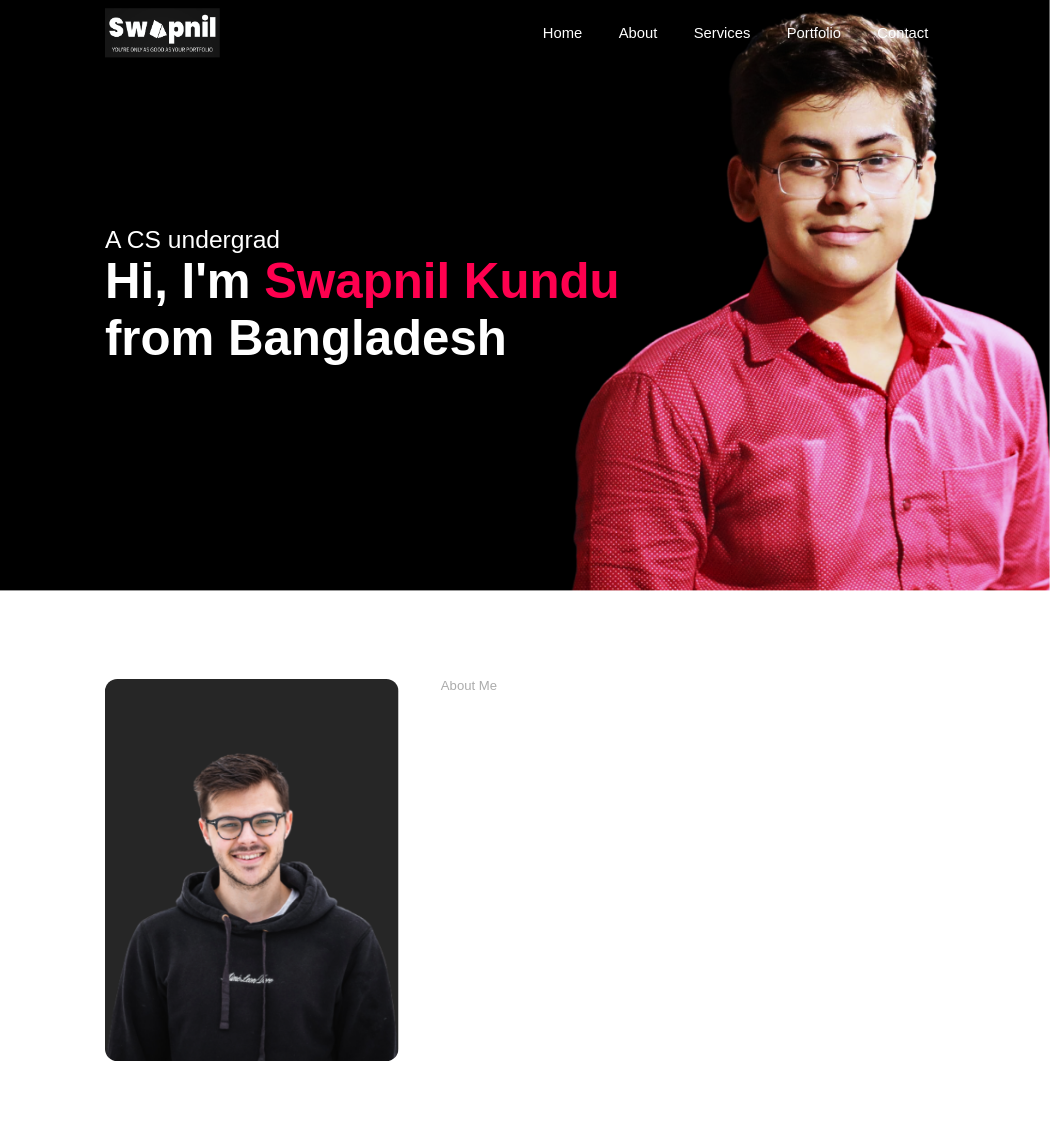
Repository: SwapnilKundu/portfolio
Page: index.html
These files come from the project's save history. The page is drawn as it stood at one moment and after the next save; the edit follows.
The browser window is 1280 px wide. The pictures show the whole page, at 82% of full size.

Above is the page before, as saved 2024-01-19 10:26:39.

### index.html
<!DOCTYPE html>
<html lang="en">
<head>
    <meta charset="UTF-8">
    <meta name="viewport" content="width=device-width, initial-scale=1.0">
    <title>Personal Portfolio Website</title>
    <link rel="stylesheet" href="style.css">
</head>
<body>
  <div id="header">
    <div class="container">
        <nav>
            <img src="images/logo1.png" class= "logo" width="40" height="60">
            <ul>
                <li><a href ="#">Home</a></li>
                <li><a href ="#">About</a></li>
                <li><a href ="#">Services</a></li>
                <li><a href ="#">Portfolio</a></li>
                <li><a href ="#">Contact</a></li>
            </ul>
        </nav>
        <div class="header-text">

            <p>A CS undergrad </p>
            <h1>Hi, I'm <span>Swapnil Kundu</span> <br> from Bangladesh</h1>
        </div>
    </div>
  </div>
  -----about-------
  <div id ="about">
    <div class ="container">

        <div class ="row">
            <div class ="about-col-1">
                <img src="images/user.png">
            </div>
            <div class ="about-col-2">

                <h1 class ="sub-title"></h1>
                    About Me
                </h1>
            </div>

        </div>
    </div>
  </div>
</body>
</html>

### style.css
*
{
    margin: 0;
    padding: 0;
    font-family: 'Poppins',sans-serif;
    box-sizing: border-box;
}

body
{
    background: #ffff;
    color: #fff;
}
#header
{
    width: 100%;
    height: 100vh;
    background-image: url(images/ccc2.png);
    background-size: cover;
    background-position: left;
    background-repeat: no-repeat;
    overflow: hidden;
}
.container
{
padding: 10px 10%;
}
nav{
    display: flex;
    align-items: center;
    justify-content: space-between;
    flex-wrap: wrap;
}
.logo{
    width: 140px;
}

nav ul li{
    display:inline-block;
    list-style: none;
    margin: 10px 20px;

}
nav ul li a{
    color: #fff;
    text-decoration:none ;
    font-size: 18px;
    position: relative;
}

nav ul li a::after
{
    content: '';
    width:0;
    height:3px;
    background:#ff004f;
    position: absolute;
    left: 0;
    bottom: -6px;
    transition: 0.5s;

}
nav ul li a:hover::after
{
    width:100%;
}
.header-text{
    margin-top: 20%;
    font-size: 30px;
}
.header-text h1
{
    font-size:60px;
}
.header-text h1 span
{
    color:#ff004f;
}

/*aboout*/
#about
{
    padding:80px 0;
    color:#ababab;
}
.row
{
    display: flex;
    justify-content: space-between;
    flex-wrap: wrap;
}

.about-col-1{
    flex-basis:35%;
}
.about-col-1 img
{
    width: 100%;
    border-radius: 15px;
}

.about-col-2
{
    flex-basis: 60%;
}

After the next save:
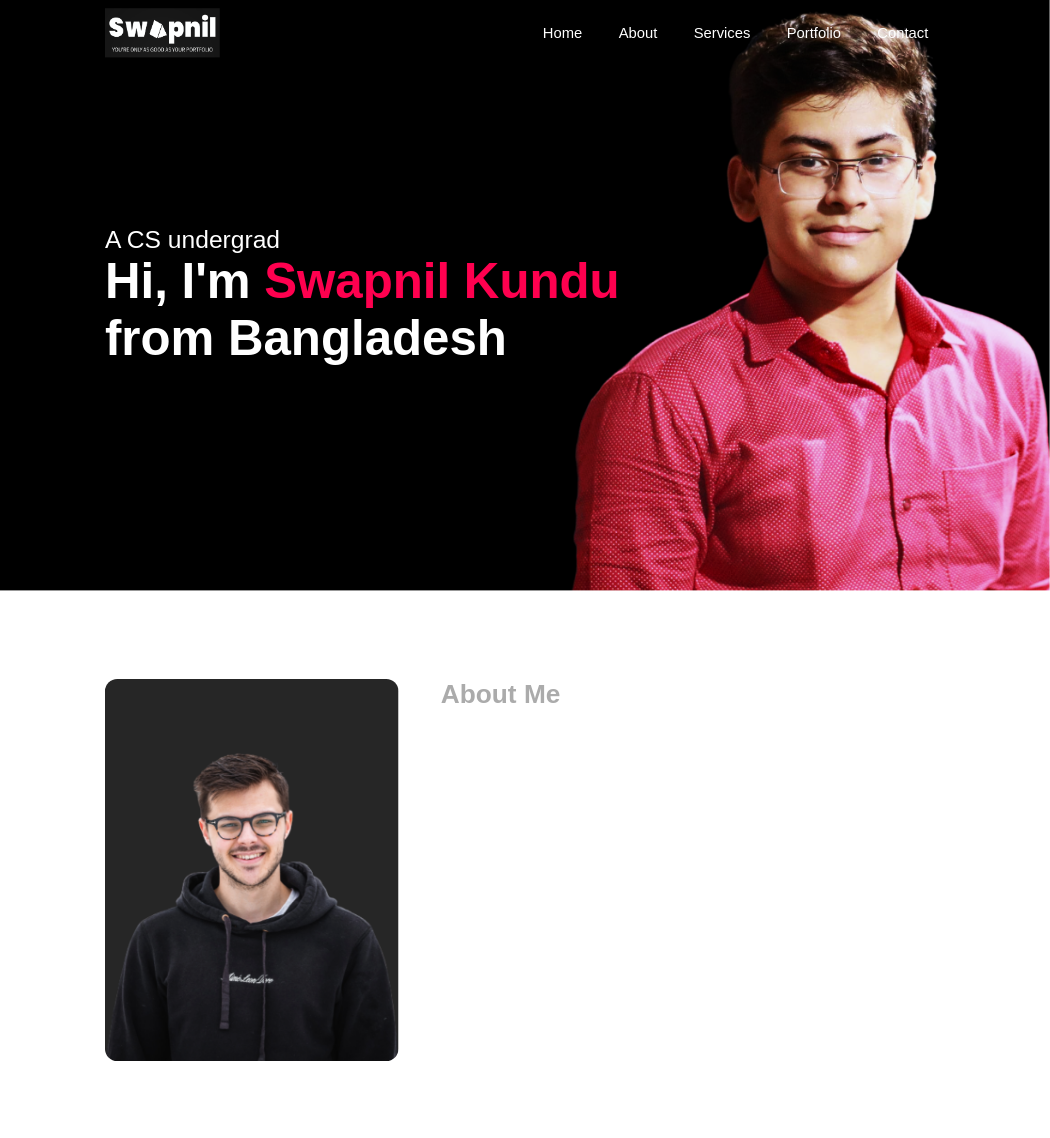
Saved 4 s later.
--- a/index.html
+++ b/index.html
@@ -36,7 +36,7 @@
             </div>
             <div class ="about-col-2">
 
-                <h1 class ="sub-title"></h1>
+                <h1 class ="sub-title">
                     About Me
                 </h1>
             </div>
